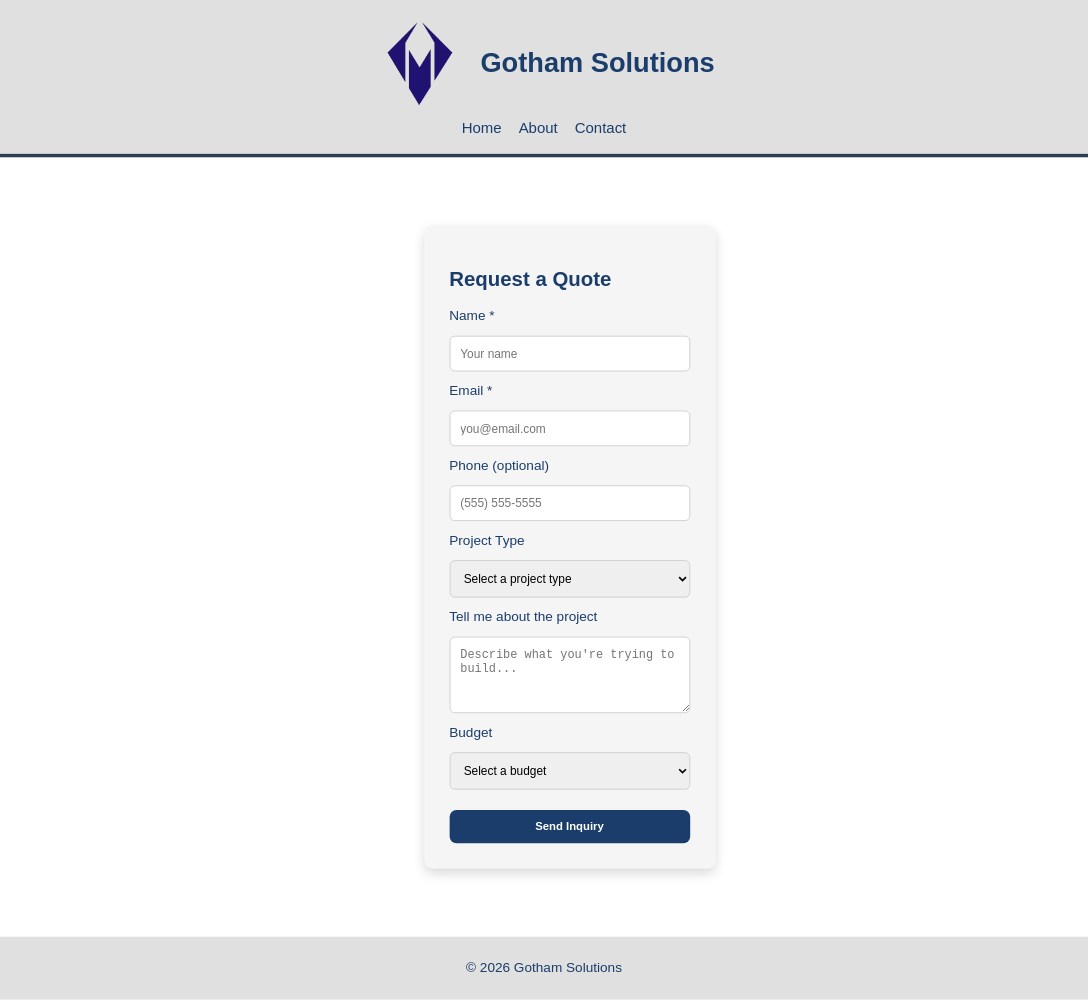
Repository: kmm569/gothamsolutions
Page: contact.html
An editor plug-in stored every save of this project. The page is shown before and after the next save, followed by the edit.
The browser window is 1280 px wide. The pictures show the whole page, at 85% of full size.

Above is the page before, as saved 2026-03-06 13:27:21.

### contact.html
<!DOCTYPE html>
<html lang="en">

<head>

	<meta charset="UTF-8">
	<meta name="viewport" content="width=device-width, initial-scale=1.0">

	<title>Contact - Gotham Solutions</title>

	<link rel="stylesheet" href="styles.css">
<link rel="icon" href="./icons/favicon.ico">
</head>

<body>

<header>

	<div class="logo-container">
		<img src="LogoSolo.png" alt="Gotham Solutions Logo" class="logo">
		<h1>Gotham Solutions</h1>
	</div>

	<nav>
		<ul>
			<li><a href="index.html" class="nav-link">Home</a></li>
			<li><a href="about.html" class="nav-link">About</a></li>
			<li><a href="contact.html" class="nav-link">Contact</a></li>
		</ul>
	</nav>

</header>

<main>
<section class="contact-section">
<div class="form-card">

<h2>Request a Quote</h2>

<form id="contactForm">

	<label>Name *</label>
	<input
		type="text"
		name="name"
		required
		minlength="2"
		placeholder="Your name"
	>

	<label>Email *</label>
	<input
		type="email"
		name="email"
		required
		placeholder="you@email.com"
	>

	<label>Phone (optional)</label>
	<input
		type="tel"
		name="phone"
		pattern="[0-9+\-\(\)\s]{7,}"
		placeholder="(555) 555-5555"
	>

	<label>Project Type</label>
	<select name="projectType">

		<option value="">Select a project type</option>
		<option>Google Sheets Dashboard</option>
		<option>Spreadsheet Automation</option>
		<option>Workflow Tracker</option>
		<option>Data Cleanup / Organization</option>
		<option>Other</option>

	</select>

	<label>Tell me about the project</label>

	<textarea
		name="details"
		rows="4"
		placeholder="Describe what you're trying to build..."
	></textarea>

	<label>Budget</label>

	<select name="budget">

		<option value="">Select a budget</option>
		<option>Unsure</option>
		<option>Under $50</option>
		<option>$50 – $150</option>
		<option>$150 – $500</option>
		<option>$500+</option>

	</select>

	<input type="hidden" name="template" id="templateField">
	<input type="hidden" name="source" id="sourceField">

	<button type="submit" class="submit-button">
		Send Inquiry
	</button>

</form>

<div id="formMessage"></div>

</div>
</section>
</main>

<footer>
	<p>&copy; 2026 Gotham Solutions</p>
</footer>

<script>

const scriptURL = "https://script.google.com/macros/s/AKfycbxc9_hlQCGvBhvR8CTxNIYGdBt7pfNBy3m51jCEInJPqs_rvo7NSJcQvLVQ2DQR7OGX/exec";

const form = document.getElementById("contactForm");
const templateField = document.getElementById("templateField");
const sourceField = document.getElementById("sourceField");
const messageBox = document.getElementById("formMessage");

const params = new URLSearchParams(window.location.search);

const storedTemplate = sessionStorage.getItem("template");
const storedSource = sessionStorage.getItem("source");

if (params.has("template")) {
	templateField.value = params.get("template");
	sessionStorage.setItem("template", params.get("template"));
} else if (storedTemplate) {
	templateField.value = storedTemplate;
}

if (params.has("source")) {
	sourceField.value = params.get("source");
	sessionStorage.setItem("source", params.get("source"));
} else if (storedSource) {
	sourceField.value = storedSource;
} else {
	sourceField.value = "Website";
}

let submitting = false;

form.addEventListener("submit", function(e){

	if(submitting){
		return;
	}

	submitting = true;

	e.preventDefault();

	const submitBtn = form.querySelector("button");
	submitBtn.disabled = true;
	submitBtn.textContent = "Sending...";

	const formData = new FormData(form);
	const data = Object.fromEntries(formData.entries());

	e.preventDefault();

	fetch(scriptURL, {
		method: "POST",
		mode: "no-cors",
		body: formData
	})
	.then(() => {

	setTimeout(()=>{
		submitting = false;
		submitBtn.disabled = false;
		submitBtn.textContent = "Send Inquiry";
	},60000);

	form.style.display = "none";

		messageBox.style.display = "block";
		messageBox.innerHTML =
			"<strong>Thanks! Your inquiry has been sent.</strong><br>I usually respond within 24 hours.";

	})
	.catch(err => {

		console.error(err);

		messageBox.style.display = "block";
		messageBox.innerHTML =
			"Something went wrong. Please try again.";

	});

});

</script>

</body>
</html>

### styles.css
body{
	background:#ffffff;
	color:#1A3D6B;
	font-family:Arial, sans-serif;
	margin:0;
	padding:0;
	display:flex;
	flex-direction:column;
	min-height:100vh;
}

header{
	background:#E0E0E0;
	padding:20px;
	border-bottom:4px solid #2C3E50;
	display:flex;
	flex-direction:column;
	align-items:center;
}

.logo-container{
	display:flex;
	align-items:center;
	gap:16px;
	margin-bottom:10px;
}

.logo{
	width:110px;
}

nav ul{
	list-style:none;
	display:flex;
	gap:20px;
	padding:0;
	margin:0;
}

.nav-link{
	text-decoration:none;
	color:#1A3D6B;
	font-size:1.1em;
}

.nav-link:hover{
	color:#16A085;
}

main{
	flex:1;
	padding:20px 20px;
	max-width:1100px;
	margin:auto;
}


/* HERO */

.hero{
	text-align:center;
	margin-bottom:50px;
}

.hero h2{
	font-size:2em;
	margin-bottom:15px;
}

.hero-text{
	max-width:650px;
	margin:auto;
	font-size:1.1em;
	line-height:1.5;
}

.hero-buttons{
	margin-top:20px;
	display:flex;
	gap:15px;
	justify-content:center;
	flex-wrap:wrap;
}


/* BUTTONS */

.button-primary{
	background:#1A3D6B;
	color:white;
	padding:12px 24px;
	border-radius:8px;
	text-decoration:none;
	font-weight:bold;
}

.button-secondary{
	background:#16A085;
	color:white;
	padding:12px 24px;
	border-radius:8px;
	text-decoration:none;
	font-weight:bold;
}


/* SERVICES */

.services{
	margin-bottom:50px;
}

.services h2{
	text-align:center;
	margin-bottom:25px;
}

.service-grid{
	display:grid;
	grid-template-columns:repeat(auto-fit,minmax(220px,1fr));
	gap:20px;
}

.service-card{
	background:#F5F5F5;
	padding:20px;
	border-radius:10px;
	box-shadow:0 4px 10px rgba(0,0,0,0.1);
}


/* PROCESS */

.process{
	margin-bottom:20px;
}

.process h2{
	text-align:center;
	margin-bottom:25px;
}

.process-grid{
	display:grid;
	grid-template-columns:repeat(auto-fit,minmax(220px,1fr));
	gap:20px;
}

.process-step{
	background:#F5F5F5;
	padding:20px;
	border-radius:10px;
	box-shadow:0 4px 10px rgba(0,0,0,0.1);
}


/* CTA */

.cta{
	text-align:center;
	background:#F5F5F5;
	padding:30px;
	border-radius:10px;
	max-width:700px;
	margin:0 auto;
}


.cta p{
	max-width:600px;
	margin:10px auto 20px auto;
}




/* FORM */

.contact-section{
	max-width:900px;
	margin:60px auto;
	padding:0 20px;
}

.form-card{
	background:#F5F5F5;
	padding:30px;
	border-radius:10px;
	box-shadow:0 6px 14px rgba(0,0,0,0.15);

	max-width:1000px;
	width:100%;

	margin:40px auto;
}

.form-card form{
	width:100%;
}

form{
	display:flex;
	flex-direction:column;
	gap:14px;
}

input,
select,
textarea{
	width:100%;
	padding:14px;
	font-size:15px;
}

.submit-button{
	margin-top:10px;
	padding:12px;
	border:none;
	background:#1A3D6B;
	color:white;
	font-weight:bold;
	border-radius:8px;
	cursor:pointer;
}

.submit-button:hover{
	background:#163457;
}

input,
select,
textarea{
	width:100%;
	padding:12px;
	border-radius:6px;
	border:1px solid #ccc;
	font-size:14px;
	box-sizing:border-box;
}

/* WHY SECTION */

.why-section{
	margin-top:50px;
	background:#F5F5F5;
	padding:30px;
	border-radius:10px;
	box-shadow:0 4px 10px rgba(0,0,0,0.1);
}

.why-section h2{
	text-align:center;
	margin-bottom:10px;
}

.why-section > p{
	text-align:center;
	max-width:650px;
	margin:0 auto 25px auto;
}

footer{
	background:#E0E0E0;
	padding:12px;
	text-align:center;
}

/* WHY GOTHAM SOLUTIONS LIST */

.about-points{
	list-style:none;
	padding:0;
	margin-top:20px;

	display:flex;
	flex-direction:column;
	gap:18px;
}

.about-points li{
	position:relative;
	padding-left:34px;
	line-height:1.5;
}

.about-points li::before{
	content:"";

	position:absolute;
	left:0;
	top:3px;

	width:16px;
	height:16px;

	background-color:#2C3E50;

	mask:url("/icons/target.svg") no-repeat center;
	mask-size:contain;

	-webkit-mask:url("/icons/target.svg") no-repeat center;
	-webkit-mask-size:contain;
}

After the next save:
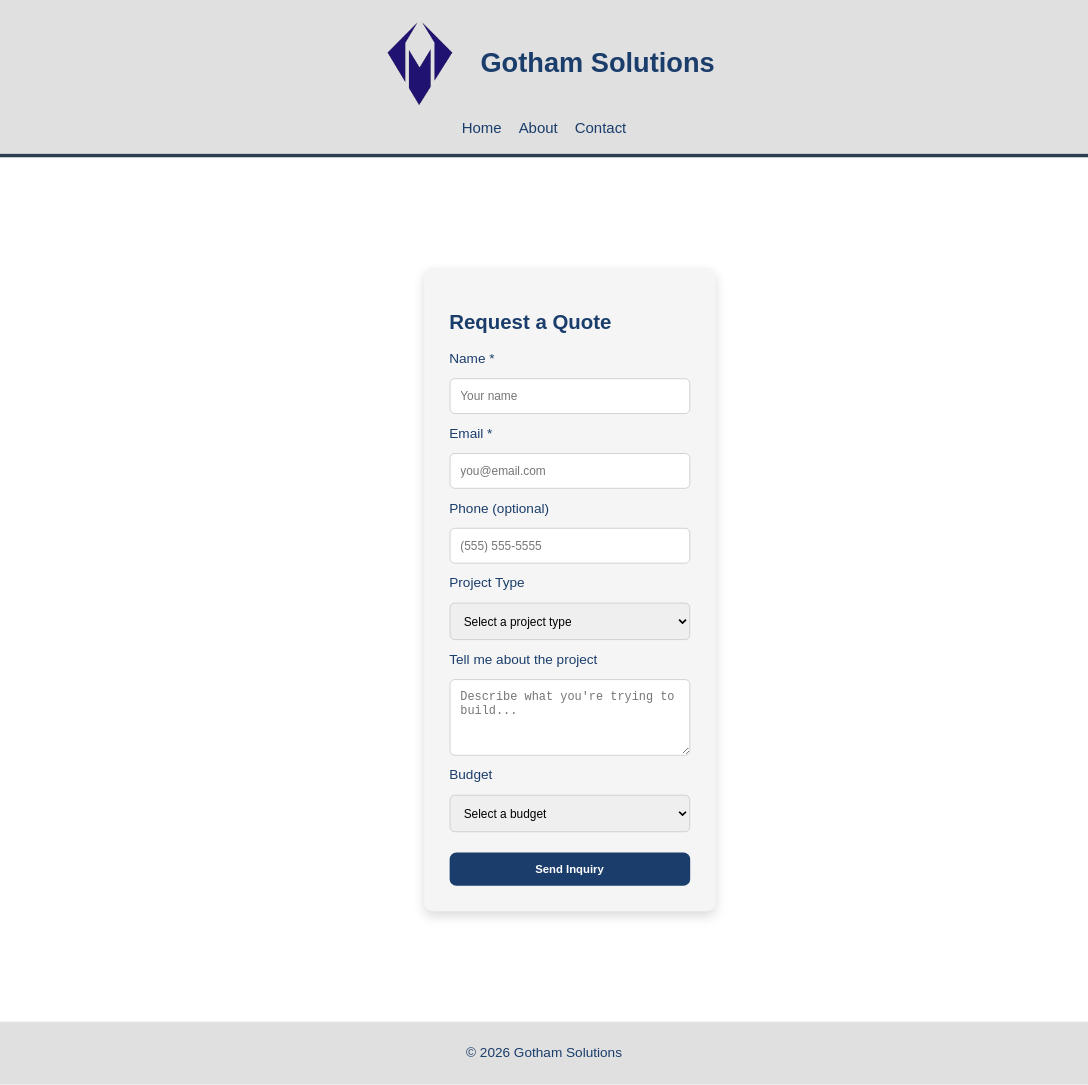
Saved 16 s later.
--- a/styles.css
+++ b/styles.css
@@ -49,9 +49,13 @@ nav ul{
 
 main{
 	flex:1;
-	padding:20px 20px;
+	padding:30px 20px;
 	max-width:1100px;
-	margin:auto;
+	margin:0 auto;
+	width:100%;
+
+	display:flex;
+	justify-content:center;
 }
 
 
